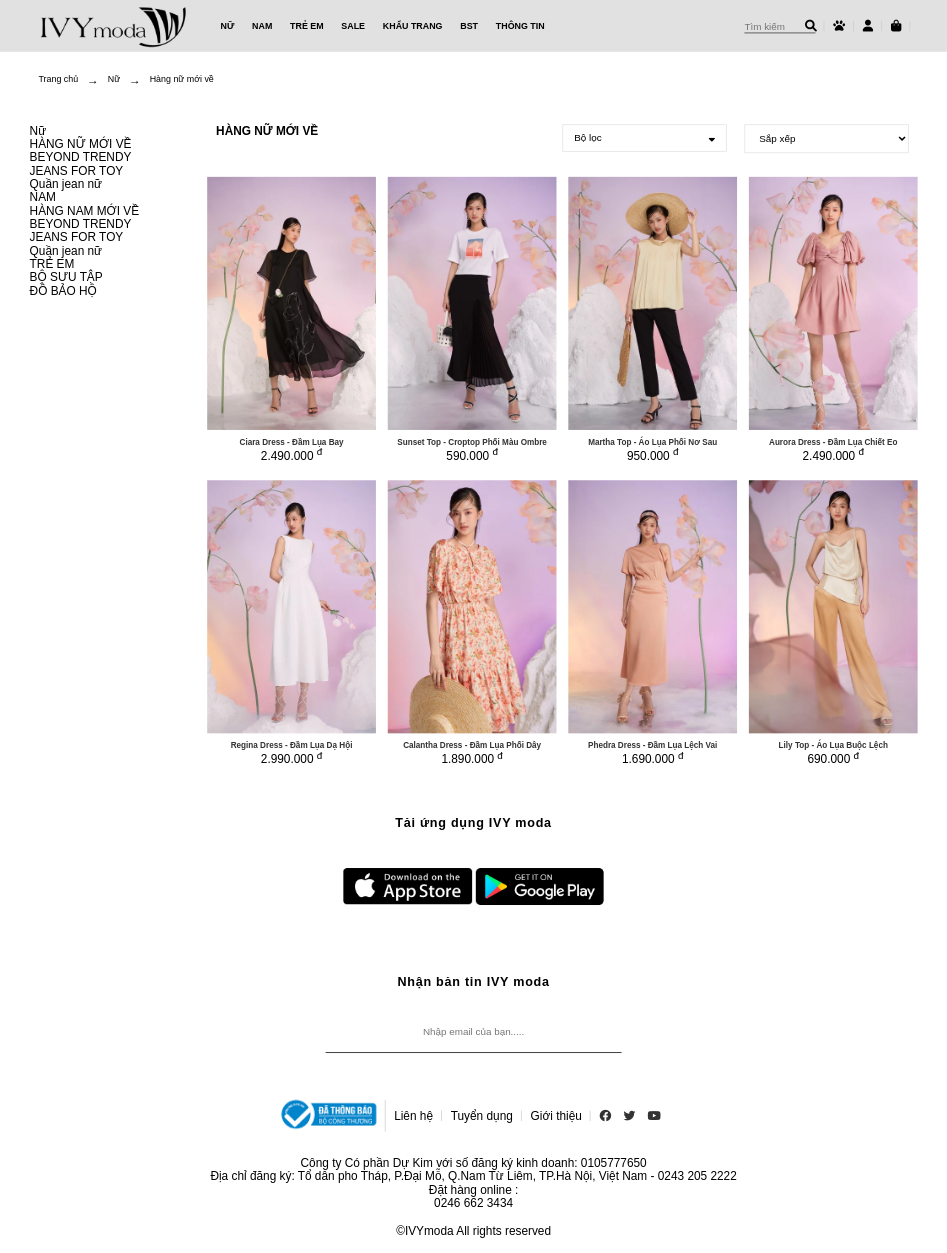
Repository: dinhvanbinh2310/ivy-moda
Page: cartegory.html
An editor plug-in stored every save of this project. The page is shown before and after the next save, followed by the edit.
The browser window is 1280 px wide. The pictures show the whole page, at 74% of full size.

Above is the page before, as saved 2022-05-03 20:12:14.

### cartegory.html
<!DOCTYPE html>
<html lang="en">

<head>
    <meta charset="UTF-8">
    <meta http-equiv="X-UA-Compatible" content="IE=edge">
    <meta name="viewport" content="width=device-width, initial-scale=1.0">
    <link rel="stylesheet" href="./fontawesome-free-6.1.1-web/css/all.css">
    <link rel="stylesheet" href="./style.css">
    <title>IVY moda</title>
</head>
<header>
  <div class="logo">
      <img src="./Images/logo.png" alt="logo" class="logo">
  </div>
  <div class="menu">
      <li><a href="">NỮ</a>
          <ul class="sub-menu">
              <li> <a href="">Hàng mới về</a>
              </li>
              <li> <a href="">Collection</a>
              </li>
              <li> <a href=""> Áo</a>
                  <ul>
                      <li> <a href="">Áo sơ mi</a>
                      </li>
                      <li> <a href="">Áo thun</a>
                      </li>
                      <li> <a href="">Áo khoác</a>
                      </li>
                      <li> <a href="">Áo len</a>
                      </li>
                  </ul>
              </li>
              <li> <a href="">Quần</a>
                  <ul>
                      <li> <a href="">Quần jean</a>
                      </li>
                      <li> <a href="">Quần lửng</a>
                      </li>
                      <li> <a href="">Quần dài</a>
                      </li>

                  </ul>
              </li>
          </ul>
      </li>
      <li><a href="">NAM</a>
      </li>
      <li><a href="">TRẺ EM</a>
      </li>
      <li><a href="">SALE</a>
      </li>
      <li><a href="">KHẨU TRANG</a>
      </li>
      <li><a href="">BST</a>
      </li>
      <li><a href="">THÔNG TIN</a>
      </li>
  </div>
  <div class="others">
      <li>
          <input placeholder="Tìm kiếm" type="text"> <i class="fa-solid fa-magnifying-glass"></i>
      </li>
      <li>
          <a class="fa-solid fa-paw" href=""></a>
      </li>
      <li>
          <a class="fa-solid fa-user" href=""></a>
      </li>
      <li>
          <a class="fa-solid fa-bag-shopping" href=""></a>
      </li>
  </div>
</header>
<!------------------------------Cartegory---------------------------------->
<section class="cartegory">
    <div class="container">
        <div class="cartegory-top row">
            <p>Trang chủ</p> <span>&#8594;</span> <p>Nữ</p> <span>&#8594;</span> <p>Hàng nữ mới về</p>
        </div>
    </div>
    <div class="container">
        <div class="row">
            <div class="cartegory-left">
                <ul>
                    <li class="cartegory-left-li"><a href="">Nữ</a>
                    <ul>
                        <li><a href="">HÀNG NỮ MỚI VỀ</a></li>
                        <li><a href="">BEYOND TRENDY</a></li>
                        <li><a href="">JEANS FOR TOY</a></li>
                        <li><a href="">Quần jean nữ</a></li>
                    </ul>
                    </li>
                    <li class="cartegory-left-li"><a href="">NAM</a>
                        <ul>
                            <li><a href="">HÀNG NAM MỚI VỀ</a></li>
                            <li><a href="">BEYOND TRENDY</a></li>
                            <li><a href="">JEANS FOR TOY</a></li>
                            <li><a href="">Quần jean nữ</a></li>
                        </ul>
                    </li>
                    <li class="cartegory-left-li"><a href="">TRẺ EM</a></li>
                    <li class="cartegory-left-li"><a href="">BỘ SƯU TẬP</a></li>
                    <li class="cartegory-left-li"><a href="">ĐỒ BẢO HỘ</a></li>
                </ul>
            </div>
            <div class="cartegory-right row">
                <div class="cartegory-right-top-item">
                    <p>HÀNG NỮ MỚI VỀ</p>
                </div>
                <div class="cartegory-right-top-item">
                   <button><span>Bộ lọc</span> <i class="fa-solid fa-sort-down"></i></button>
                </div>
                <div class="cartegory-right-top-item">
                    <select name="" id="">
                        <option value="">Sắp xếp</option>
                        <option value="">Giá cao đến thấp</option>
                        <option value="">Giá thấp đến cao</option>
                    </select>
                </div>
                <div class="cartegory-right-content row">
                    <div class="cartegory-right-content-item">
                        <img src="./Images/product1.jpg" alt="">
                        <h1>Ciara Dress - Đầm Lụa Bay</h1>
                        <p>2.490.000 <sup>đ</sup></p>
                    </div>
                    <div class="cartegory-right-content-item">
                        <img src="./Images/product2.jpg" alt="">
                        <h1>Sunset Top - Croptop Phối Màu Ombre</h1>
                        <p>590.000 <sup>đ</sup></p>
                    </div>
                    <div class="cartegory-right-content-item">
                        <img src="./Images/product3.jpg" alt="">
                        <h1>Martha Top - Áo Lụa Phối Nơ Sau</h1>
                        <p>950.000 <sup>đ</sup></p>
                    </div>
                    <div class="cartegory-right-content-item">
                        <img src="./Images/product4.jpg" alt="">
                        <h1>Aurora Dress - Đầm Lụa Chiết Eo</h1>
                        <p>2.490.000 <sup>đ</sup></p>
                    </div>
                    <div class="cartegory-right-content-item">
                        <img src="./Images/product5.jpg" alt="">
                        <h1>Regina Dress - Đầm Lụa Dạ Hội</h1>
                        <p>2.990.000 <sup>đ</sup></p>
                    </div>
                    <div class="cartegory-right-content-item">
                        <img src="./Images/product6.jpg" alt="">
                        <h1>Calantha Dress - Đầm Lụa Phối Dây</h1>
                        <p>1.890.000 <sup>đ</sup></p>
                    </div>
                    <div class="cartegory-right-content-item">
                        <img src="./Images/product7.jpg" alt="">
                        <h1>Phedra Dress - Đầm Lụa Lệch Vai</h1>
                        <p>1.690.000 <sup>đ</sup></p>
                    </div>
                    <div class="cartegory-right-content-item">
                        <img src="./Images/product8.jpg" alt="">
                        <h1>Lily Top - Áo Lụa Buộc Lệch</h1>
                        <p>690.000 <sup>đ</sup></p>
                    </div>

                </div>
            </div>
      </div>
    </div>
</section>
<!------------------------------Footer---------------------------------->
<section class="app-container">
  <p>Tải ứng dụng IVY moda</p>
  <div class="app-google">
      <img src="./Images/appstore.png" alt="">
      <img src="./Images/googleplay.png" alt="">
  </div>
  <p>Nhận bản tin IVY moda</p>
  <input type="text" placeholder="Nhập email của bạn.....">
</section>

<div class="footer-top">
  <li>
      <a href=""> <img src="./Images/img-congthuong.png" alt="">
      </a>
  </li>
  <li>Liên hệ</li>
  <li>Tuyển dụng</li>
  <li>Giới thiệu</li>
  <li>
      <a href="" class="fa-brands fa-facebook"></a>
      <a href="" class="fa-brands fa-twitter"></a>
      <a href="" class="fa-brands fa-youtube"></a>
  </li>
</div>
<div class="footer-center">

  <p>
      Công ty Có phần Dự Kim với số đăng ký kinh doanh: 0105777650
      <br> Địa chỉ đăng ký: Tổ dân pho Tháp, P.Đại Mỗ, Q.Nam Từ Liêm, TP.Hà Nội, Việt Nam - 0243 205 2222
      <br> Đặt hàng online :
      <br>0246 662 3434
      <br>
  </p>
</div>
<div class="footer-bottom">
  ©IVYmoda All rights reserved
</div>
</body>
</html>

### style.css
*{
  margin: 0;
  padding: 0;
  box-sizing: border-box;
  font-family: Arial, Helvetica, sans-serif;
}
li{
  list-style: none;
}
a{
  text-decoration: none;
  color: #000;
}
header{
  display: flex;
  justify-content: space-between;
  height: 70px;
  padding: 12px 50px;
  align-items: center;
  position: fixed;
  top: 0;
  left: 0;
  z-index: 1;
  background:#DDDDDDDD;
  width: 100%;
}

.logo{
  flex: 1;
  padding-top: 10px;
 size: 5px;
}
.menu{
  flex: 3;
  display: flex;
}
.menu > li{
  padding: 0 12px;
  position: relative;
}
.menu  li a{
  font-size: 12px;
  font-weight: bold;
  display: block;
  line-height: 20px;
}
.menu > li:hover .sub-menu{
  visibility: visible;
  top: 45px;
}
.sub-menu{
  position: absolute;
  width: 150px;
  border: 1px solid #ccc;
  padding: 10px 0 10px 20px;
  visibility: hidden;
  top: 75px;
  transition: 0.3s;
  z-index: 1;
  background-color: #fff;
}
.sub-menu ul{
  padding-left: 20px;
}
.sub-menu li a{
  font-size: 12px;
  font-weight: normal;
}

.others{
  flex: 1;
  display: flex;
}
.others > li{
  padding: 0 12px;
  position: relative;
}
.others>li::after{
  content: "";
  display: block;
  width: 1px;
  height: 75%;
  background: #cccccc;
  position: absolute;
  right: 0;
  top: 50%;
  transform: translateY(-50%);
}
.others > li:first-child{
  position: relative;

}
.others > li:first-child input{
  width: 100%;
  height: 100%;
  background: #0000;
  border: none;
  border-bottom:1px solid #333 ;
}
.others > li:first-child i{
position: absolute;
right: 10px;
}
.sliders{
  overflow: hidden;
}
.aspect-ratio-169 {
  display: block;
  position: relative;
  padding-top: 56.25%;
  transition: 0.3s;
}
.aspect-ratio-169 img {
  display: block;
  position: absolute;
  width: 100%;
  height: 100%;
  top: 0;
  left: 0;
}
.dot-container{
  position:absolute;
  height: 30px;
  width: 100%;
  display: flex;
  justify-content: center;
  padding-top: 10px;
}
.dot{
  height: 16px;
  width: 16px;
  background-color: #ccc;
  border-radius: 50%;
  margin-right: 12px;
  cursor: pointer;
}
.dot.active{
  background-color: #333;
}
/* -------------------------------app---------------------------- */
.app-container{
  text-align: center;
  align-items: center;
  padding: 15px 0 50px 0;
}
.app-google{
  margin:50px;
}
.app-google img{
  height: 50px;
  cursor: pointer;
}
.app-container p{
line-height: 20px;
letter-spacing: 1px;
font-size: 17px;
color:#000;
font-weight: bold;
padding-top: 40px;
}
.app-container input{
  margin-top: 50px;
  border: none;
  border-bottom: 1px solid #000;
  padding-bottom: 20px;
  width: 400px;
  text-align: center;
  outline: none;
}
.footer{
  text-align: center;
}
.footer-top{
  display: flex;
  text-align: center;
  justify-content: center;
  align-items: center;
  margin-bottom: 20px;
  height: 70px;
}
.footer-top img{
  height: 50px;
}
.footer-top li{
  padding: 0 12px;
  position: relative;
}
.footer-top li::after{
  content:"";
  display: block;
  width: 1px;
  height: 80%;
  background-color: #cccccc;
  position: absolute;
  right: 0;
  top: 50%;
  transform: translateY(-50%);
}
.footer-top li:last-child::after{
  display: none;
}
.footer-top li:last-child a{
margin-right: 12px;
color:#333;
}
.footer-center{
  text-align: center;
}
.footer-bottom{
  margin: 20px 0;
  text-align: center;
}
/* Cartegory */
.cartegory{
  padding: 100px 0 0;
}
.container{
  max-width: 1200px;
  margin: auto;
}
.row{
  display: flex;
  flex-wrap: wrap;
}
.cartegory-top{
  margin-bottom: 50px;
}
.cartegory-top p{
  font-family: Arial, Helvetica, sans-serif;
margin: 0 12px;
font-size: 12px;
}
.cartegory-left{
  width: 20%;
}
.cartegory-right{
  width: 80%;
}
.cartegory-right-top-item:first-child{
  flex: 2;
font-size: 16px;
font-family: Arial, Helvetica, sans-serif;
font-weight: bold;
}
.cartegory-right-top-item{
  flex: 1;
  padding: 0 12px;
}
.cartegory-right-top-item button{
  width: 100%;
  padding: 10px 15px;
  display: flex;
  justify-content: space-between;
  background-color: #ffff;
  border: 1px solid #dddd;
  cursor: pointer;
}
.cartegory-right-top-item select{
  width: 100%;
  padding: 10px 15px;
  display: flex;
  justify-content: space-between;
  background-color: #ffff;
  border: 1px solid #dddd;
  cursor: pointer;
}
.cartegory-right-content{
  margin-top: 20px;
  justify-content: space-between;
}
.cartegory-right-content-item{
  width: calc(25% - 12px);
  text-align: center;
  padding: 12px 0;
}
.cartegory-right-content-item h1{
  font-size: 11px;
font-family: Arial, Helvetica, sans-serif;
  margin-top: 6px;
  color: #333333;
}
.cartegory-right-content-item img{
  width: 100%;
}

Loaded but not shown: fontawesome-free-6.1.1-web/css/all.css (library)

After the next save:
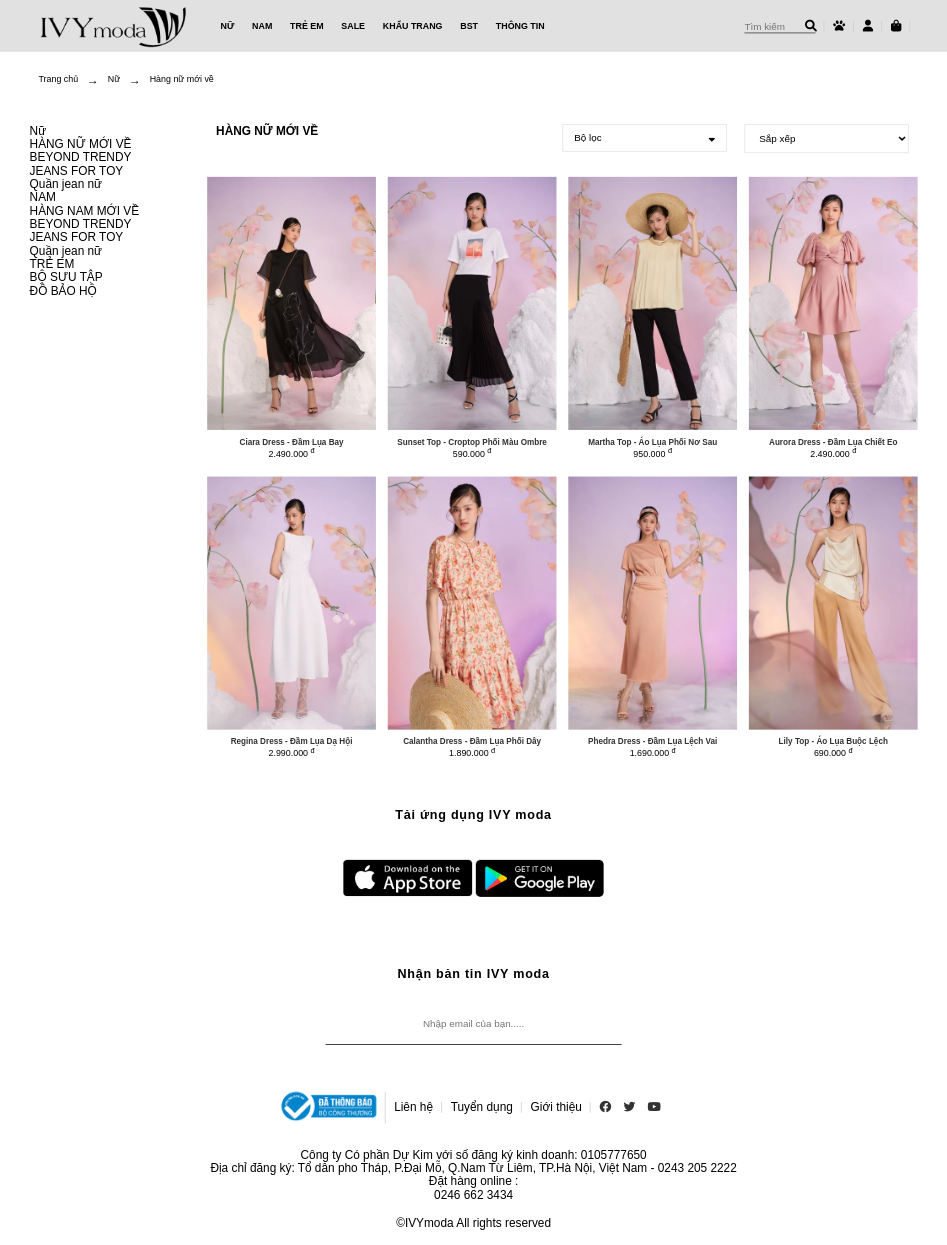
Saved 4 min 36 s later.
--- a/style.css
+++ b/style.css
@@ -282,3 +282,6 @@
 .cartegory-right-content-item img{
   width: 100%;
 }
+.cartegory-right-content-item p{
+  font-size: 12px;
+}
